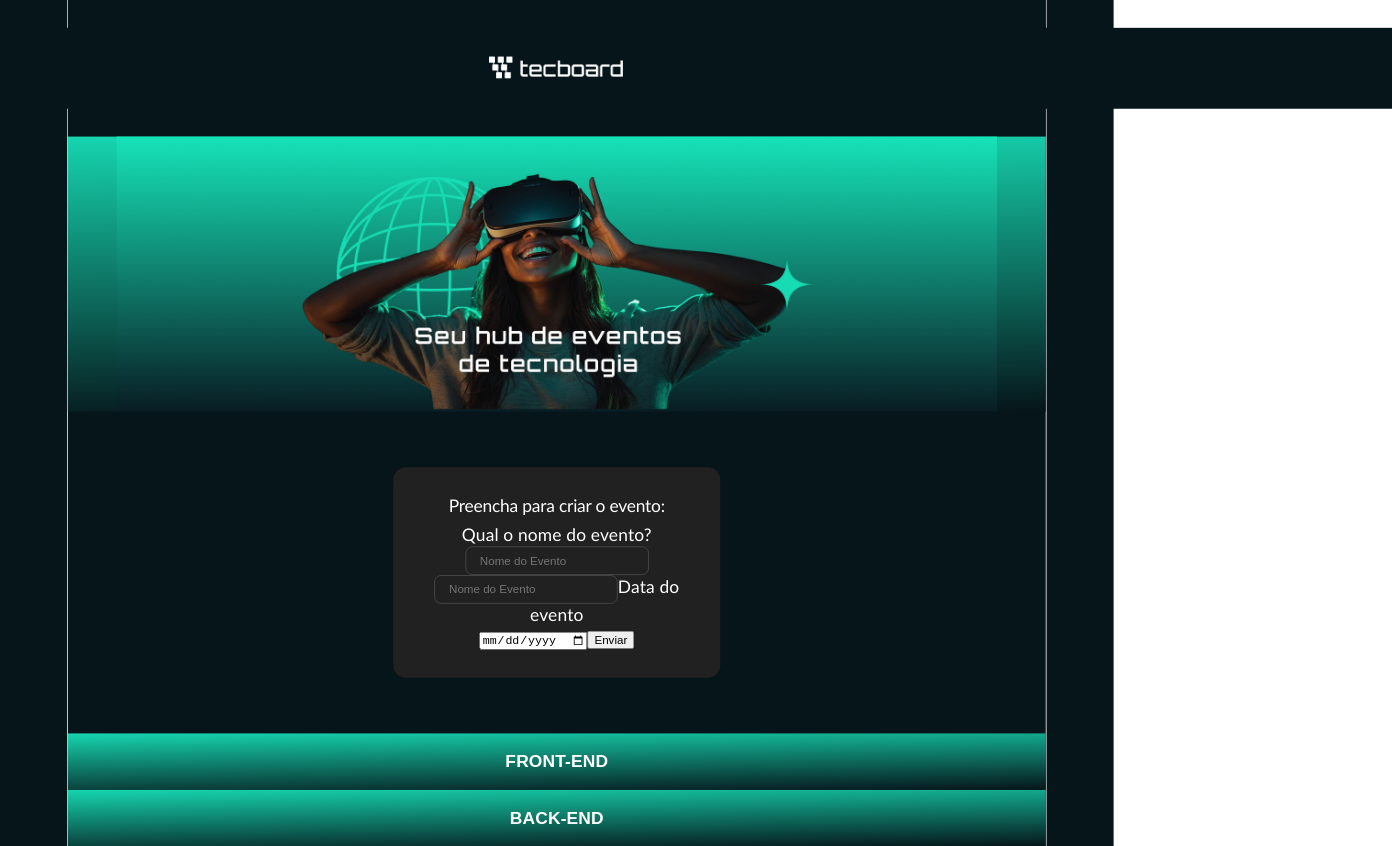
Repository: fernandadev12/techboard
Page: /
These files come from the project's save history. The page is drawn as it stood at one moment and after the next save; the edit follows.
The browser window is 1280 px wide. The page is 1600 px wide, so the pictures cover 1600 px, including what lies to the right of the window. The pictures show the whole page, at 87% of full size.
The project was rebuilt for these pictures with package versions that can differ from the ones it lists, and the page was loaded fresh each time. Also part of the build but not shown: vite.config.js.

Above is the page before, as saved 2026-06-14 14:50:10.

After the next save:
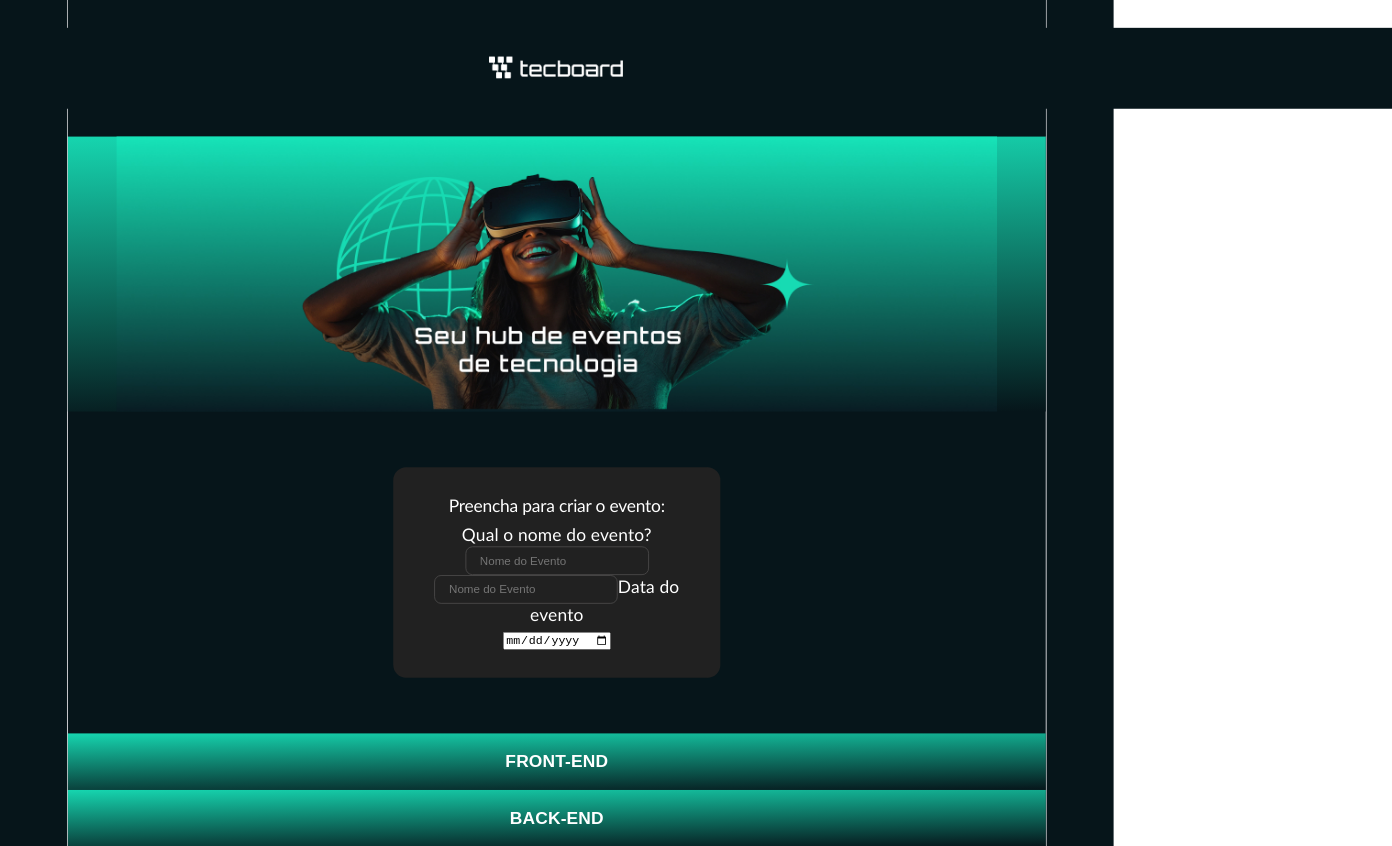
Saved 47 s later.
--- a/src/componentes/FormularioDeEvento/index.jsx
+++ b/src/componentes/FormularioDeEvento/index.jsx
@@ -22,10 +22,9 @@
         name="nomeEvento"
       />
 
-      <LabelFormulario htmlFor="data">Data do evento</LabelFormulario>
+      <LabelFormulario htmlFor="dataEvento">Data do evento</LabelFormulario>
       <CampoFormulario />
-      <input type="date" id="dataEvento" />
-      <BotaoFormulario />
+      <input type="date" id="dataEvento" name="dataEvento" />
     </form>
   );
 }
